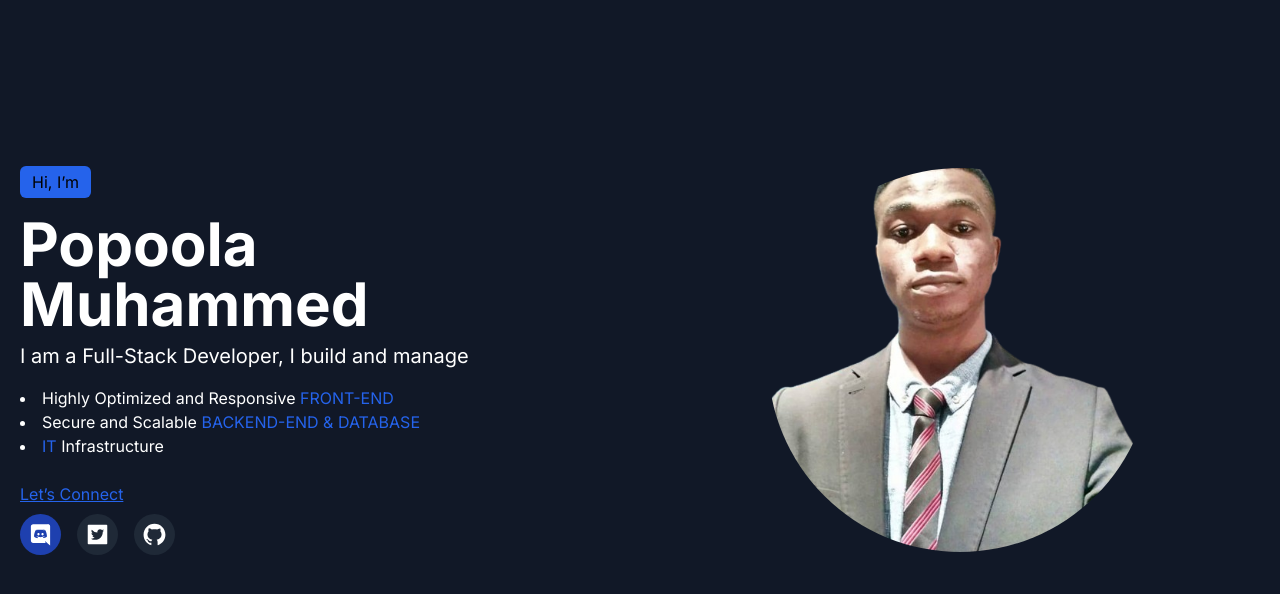
Repository: muhammedctgr/hammedctgr
Page: /
These files come from the project's save history. The page is drawn as it stood at one moment and after the next save; the edit follows.
The browser window is 1280 px wide. The pictures show the whole page.
The project was rebuilt for these pictures with package versions that can differ from the ones it lists, and the page was loaded fresh each time. The framework's server and built-in components were replaced by stand-ins that run in the browser. Also part of the build but not shown: next.config.mjs.

Above is the page before, as saved 2024-07-29 19:48:36.

After the next save:
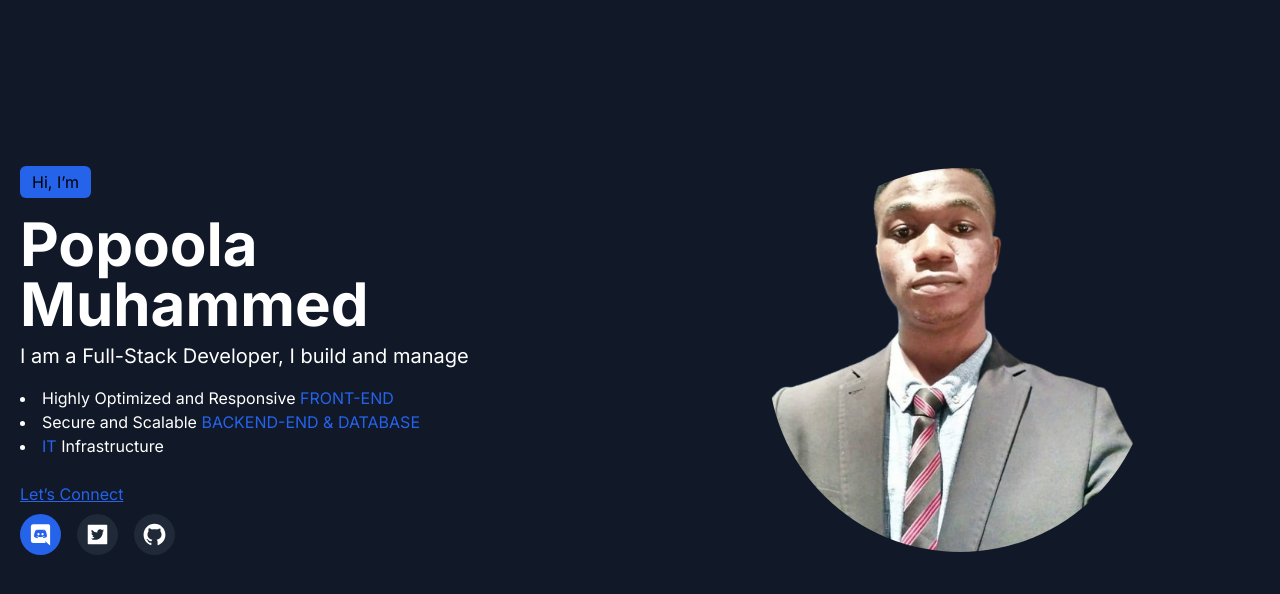
Saved 10 s later.
--- a/components/Hero.tsx
+++ b/components/Hero.tsx
@@ -20,7 +20,7 @@ const Hero = () => {
           <div className="mt-6">
             <a href="#contact" className="text-blue-600 underline">Let’s Connect</a>
             <div className="mt-2 flex justify-center md:justify-start space-x-4">
-              <a href="#" className="bg-blue-800 p-2 rounded-full">
+              <a href="#" className="bg-blue-600 p-2 rounded-full">
                 <AiFillDiscord size={25} />
               </a>
               <a href="#" className="bg-gray-800 p-2 rounded-full">
